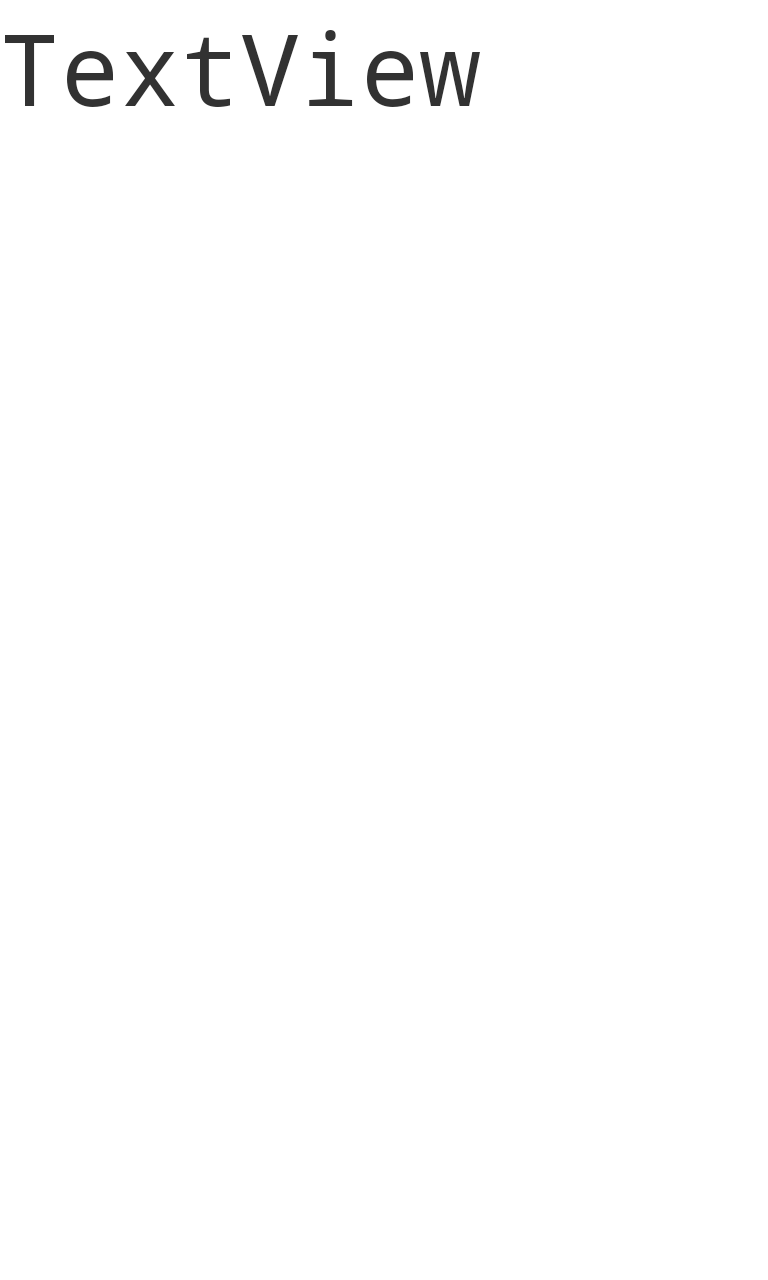
Repository: sehmon/workspace-eclipse
Layout: WhatAmIEating/res/layout/activity_detail.xml
An editor plug-in stored every save of this project. The layout is shown before and after the next save, followed by the edit.
It is drawn on a 768 x 1280 px phone screen (xhdpi) without system bars, with theme android:Theme.Holo.Light.NoActionBar.Fullscreen; the app's code is not run.

Above is the layout before, as saved 2014-04-13 15:22:10.

After the next save:
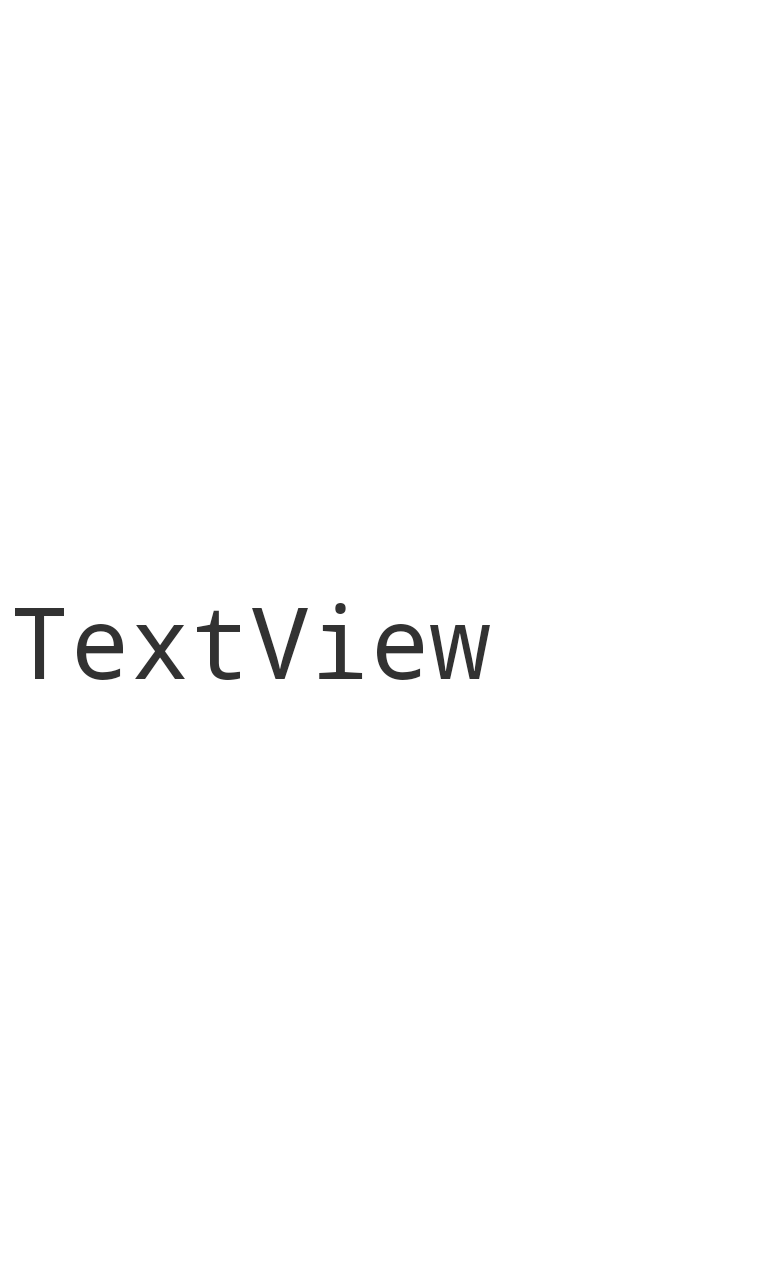
Saved 3 min 5 s later.
--- a/WhatAmIEating/res/layout/activity_detail.xml
+++ b/WhatAmIEating/res/layout/activity_detail.xml
@@ -12,6 +12,8 @@
         android:layout_height="wrap_content"
         android:text="TextView"
         android:textSize="50sp"
-        android:typeface="monospace" />
+        android:typeface="monospace"
+        android:layout_gravity="center"
+        android:padding="5dp" />
 
 </LinearLayout>
